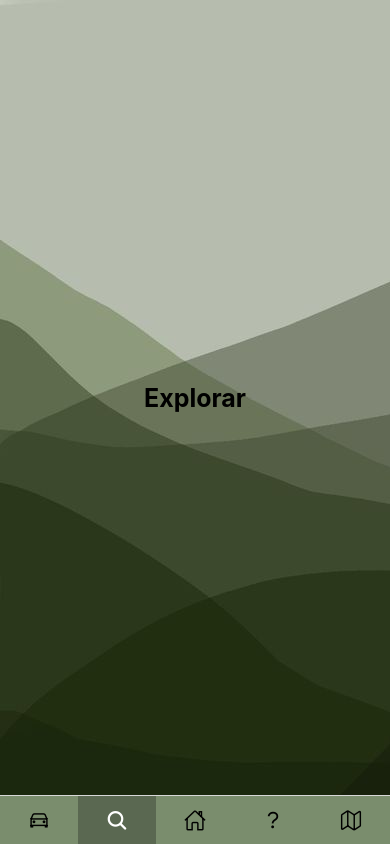
Repository: GabrielAron/EcoWheels
Screen: /Explorar
The author's editor kept a copy of each file at every save. The screen is drawn from the files as they stood at one save, then again after the next save.
The app was drawn by React Native's web renderer in a window 390 px wide. The project was rebuilt for these pictures with package versions that can differ from the ones it lists, and the page was loaded fresh each time. Also part of the build but not shown: src/Paginas/Home/index.js, src/Paginas/Ajuda/index.js, src/Paginas/Mapa/index.js.

Above is the screen before, as saved 2023-11-07 13:24:42.

### App.js
import React from 'react';
import Routes from './src/Paginas/routes';


export default function App() {
  return (
    <Routes />
  );

}

### src/Paginas/routes.js
import React from 'react';
import { createBottomTabNavigator } from '@react-navigation/bottom-tabs';
import { NavigationContainer } from '@react-navigation/native';
import { Ionicons } from '@expo/vector-icons';

import Home from './Home';
import Explorar from './Carros';
import Ajuda from './Ajuda';
import Reservas from './Locacoes';
import Recarga from './Mapa';

const Tab = createBottomTabNavigator();

export default function Routes() {
  return (
    <NavigationContainer>
      <Tab.Navigator
        tabBarOptions={{
          showLabel: false, // Oculta as etiquetas de texto das guias

          tabBarStyle:{
            position: 'absolute',
            borderTopWidth: 0,
            elevation: 0,
            backgroundColor: '#7A8D6D',
            height: 80, // Ajuste a altura conforme necessário
            borderRadius: 10,
            bottom: 14,
            left: 14,
            right: 14,
          },
          tabStyle: {
            elevation: 0,
          },
          inactiveBackgroundColor: '#7A8D6D',
          activeBackgroundColor: '#5A6851',
        }}
      >
        <Tab.Screen
          name="Reservas"
          component={Reservas}
          options={{
            headerShown: false,
            tabBarIcon: ({ color, size, focused }) => {
              if (focused) {
                return <Ionicons name="md-car" size={23} color="#FFF" />;
              } else {
                return <Ionicons name="md-car-outline" size={23} color="#000000" />;
              }
            },
          }}
        />
        <Tab.Screen
          name="Explorar"
          component={Explorar}
          options={{
            headerShown: false,
            tabBarIcon: ({ color, size, focused }) => {
              if (focused) {
                return <Ionicons name="md-search" size={23} color="#FFF" />;
              } else {
                return <Ionicons name="md-search-outline" size={23} color="#000000" />;
              }
            },
          }}
        />
        <Tab.Screen
          name="Home"
          component={Home}
          options={{
            headerShown: false,
            tabBarIcon: ({ color, size, focused }) => {
              if (focused) {
                return <Ionicons name="md-home" size={23} color="#FFF" />;
              } else {
                return <Ionicons name="md-home-outline" size={23} color="#000000" />;
              }
            },
          }}
        />
        <Tab.Screen
          name="Ajuda"
          component={Ajuda}
          options={{
            headerShown: false,
            tabBarIcon: ({ color, size, focused }) => {
              if (focused) {
                return <Ionicons name="md-help" size={23} color="#FFF" />;
              } else {
                return <Ionicons name="md-help-outline" size={23} color="#000000" />;
              }
            },
          }}
        />
        <Tab.Screen
          name="Recarga"
          component={Recarga}
          options={{
            headerShown: false,
            tabBarIcon: ({ color, size, focused }) => {
              if (focused) {
                return <Ionicons name="md-map" size={23} color="#FFF" />;
              } else {
                return <Ionicons name="md-map-outline" size={23} color="#000000" />;
              }
            },
          }}
        />
      </Tab.Navigator>
    </NavigationContainer>
  );
}

### src/Paginas/Carros/index.js
import React from 'react';
import { View, Text, ImageBackground, StyleSheet } from 'react-native';
import Fundo from '/imagens/fundoverde.jpg';

export default function Carros() {
  return (
    <View style={styles.container}>
      <ImageBackground source={Fundo} style={styles.image}>
        <Text style={styles.text}>Explorar</Text>
      </ImageBackground>
    </View>
  );
}

const styles = StyleSheet.create({
  container: {
    flex: 1,
  },
  image: {
    flex: 1,
    resizeMode: 'cover',
    justifyContent: 'center',
  },
  text: {
    fontSize: 25,
    color: '#000',
    fontWeight: 'bold',
    textAlign: 'center',
  },
});

### src/Paginas/Locacoes/index.js
import React, { useEffect, useState } from 'react';
import { View, Text, ImageBackground, StyleSheet } from 'react-native';
import Fundo from '/imagens/fundoverde.jpg';

export default function Reservas() {

  return (
    <View style={styles.container}>
      <ImageBackground source={Fundo} style={styles.image}>
        <Text style={styles.text}>Carros</Text>

      </ImageBackground>
    </View>
  );
}

const styles = StyleSheet.create({
  container: {
    flex: 1,
  },
  image: {
    flex: 1,
    resizeMode: 'cover',
    justifyContent: 'center',
  },
  text: {
    color: '#fffeff',
    fontSize: 36,
    position: 'absolute',
    top: 50,
    left: 0,
    right: 0,
    fontWeight: 'bold',
    textAlign: 'center',
  },

});

After the next save:
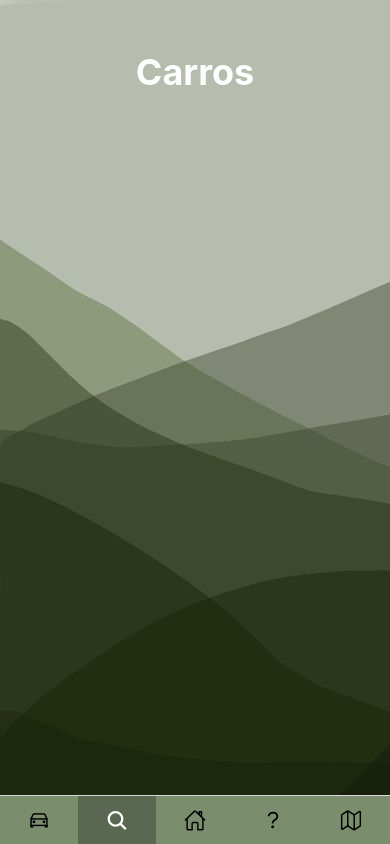
Saved 88 s later.
--- a/src/Paginas/Carros/index.js
+++ b/src/Paginas/Carros/index.js
@@ -1,12 +1,14 @@
-import React from 'react';
+import React, { useEffect, useState } from 'react';
 import { View, Text, ImageBackground, StyleSheet } from 'react-native';
 import Fundo from '/imagens/fundoverde.jpg';
 
-export default function Carros() {
+export default function Reservas() {
+
   return (
     <View style={styles.container}>
       <ImageBackground source={Fundo} style={styles.image}>
-        <Text style={styles.text}>Explorar</Text>
+        <Text style={styles.text}>Carros</Text>
+
       </ImageBackground>
     </View>
   );
@@ -22,9 +24,14 @@ const styles = StyleSheet.create({
     justifyContent: 'center',
   },
   text: {
-    fontSize: 25,
-    color: '#000',
+    color: '#fffeff',
+    fontSize: 36,
+    position: 'absolute',
+    top: 50,
+    left: 0,
+    right: 0,
     fontWeight: 'bold',
     textAlign: 'center',
   },
+
 });
